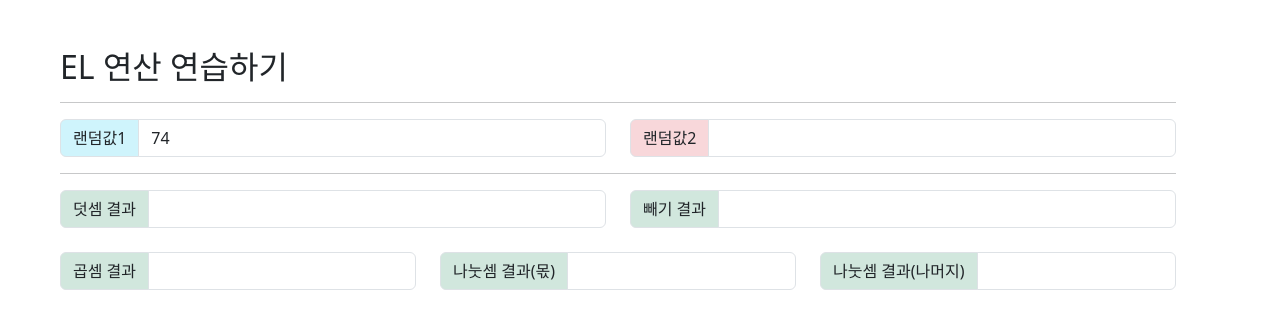
Repository: hailey-516/servlet
Page: http://localhost/99_Practice/practice.el
The author's editor kept a copy of each file at every save. The page is drawn from the files as they stood at one save, then again after the next save.
The browser window is 1280 px wide. The pictures show the whole page.
The page is served by Tomcat 9.

Above is the page before, as saved 2024-08-27 00:17:36.

After the next save:
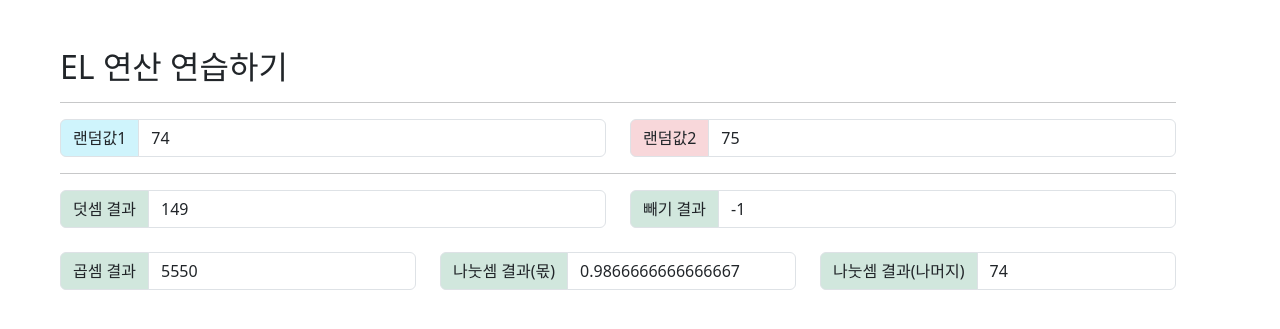
Saved 70 s later.
--- a/99_Practice/src/main/webapp/views/practice_el.jsp
+++ b/99_Practice/src/main/webapp/views/practice_el.jsp
@@ -27,7 +27,7 @@
 			<div class="col">
 				<div class="input-group">
 			  		<span class="input-group-text bg-danger-subtle">랜덤값2</span>
-			  		<input type="text" class="form-control focus-ring focus-ring-danger" value="" readonly>
+			  		<input type="text" class="form-control focus-ring focus-ring-danger" value="${ r2 }" readonly>
 				</div>
 			</div>
 		</div>
@@ -40,7 +40,7 @@
 
 				<div class="input-group">
 			  		<span class="input-group-text bg-success-subtle">덧셈 결과</span>
-			  		<input type="text" class="form-control focus-ring focus-ring-success" value="" readonly>
+			  		<input type="text" class="form-control focus-ring focus-ring-success" value="${ r1 + r2 }" readonly>
 				</div>
 
 			</div>
@@ -49,7 +49,7 @@
 
 				<div class="input-group">
 			  		<span class="input-group-text bg-success-subtle">빼기 결과</span>
-			  		<input type="text" class="form-control focus-ring focus-ring-success" value="" readonly>
+			  		<input type="text" class="form-control focus-ring focus-ring-success" value="${ r1 - r2 }" readonly>
 				</div>
 
 			</div>
@@ -64,7 +64,7 @@
 
 				<div class="input-group">
 			  		<span class="input-group-text bg-success-subtle">곱셈 결과</span>
-			  		<input type="text" class="form-control focus-ring focus-ring-success" value="" readonly>
+			  		<input type="text" class="form-control focus-ring focus-ring-success" value="${ r1 * r2 }" readonly>
 				</div>
 
 			</div>
@@ -73,7 +73,7 @@
 
 				<div class="input-group">
 			  		<span class="input-group-text bg-success-subtle">나눗셈 결과(몫)</span>
-			  		<input type="text" class="form-control focus-ring focus-ring-success" value="" readonly>
+			  		<input type="text" class="form-control focus-ring focus-ring-success" value="${ r1 / r2 }" readonly>
 				</div>
 
 			</div>
@@ -82,7 +82,7 @@
 
 				<div class="input-group">
 			  		<span class="input-group-text bg-success-subtle">나눗셈 결과(나머지)</span>
-			  		<input type="text" class="form-control focus-ring focus-ring-success" value="" readonly>
+			  		<input type="text" class="form-control focus-ring focus-ring-success" value="${ r1 % r2 }" readonly>
 				</div>
 
 			</div>
